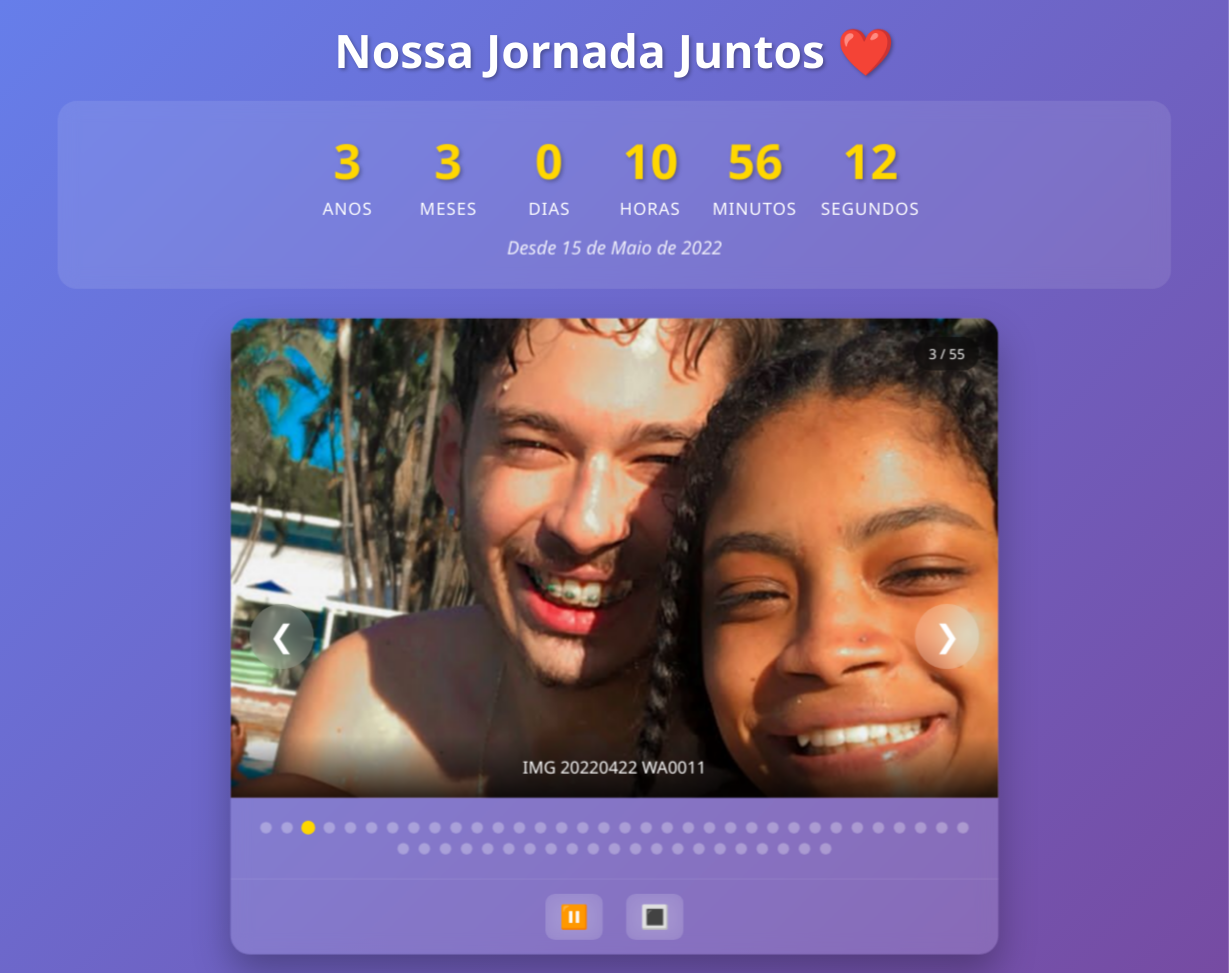
Repository: yan-luca/vic-yan
Page: index.html
These files come from the project's save history. The page is drawn as it stood at one moment and after the next save; the edit follows.
The browser window is 1280 px wide. The pictures show the whole page, at 96% of full size.

Above is the page before, as saved 2025-08-15 00:31:58.

### index.html
<!DOCTYPE html>
<html lang="pt-BR">
<head>
    <meta charset="UTF-8">
    <meta name="viewport" content="width=device-width, initial-scale=1.0">
    <title>Nossa Jornada - Vic & Yan</title>
    <link rel="stylesheet" href="style.css">
</head>
<body>
    <div class="container">
        <header>
            <h1>Nossa Jornada Juntos ❤️</h1>
            <div class="counter-container">
                <div class="counter">
                    <div class="counter-item">
                        <span id="years" class="counter-number">0</span>
                        <span class="counter-label">Anos</span>
                    </div>
                    <div class="counter-item">
                        <span id="months" class="counter-number">0</span>
                        <span class="counter-label">Meses</span>
                    </div>
                    <div class="counter-item">
                        <span id="days" class="counter-number">0</span>
                        <span class="counter-label">Dias</span>
                    </div>
                    <div class="counter-item">
                        <span id="hours" class="counter-number">0</span>
                        <span class="counter-label">Horas</span>
                    </div>
                    <div class="counter-item">
                        <span id="minutes" class="counter-number">0</span>
                        <span class="counter-label">Minutos</span>
                    </div>
                    <div class="counter-item">
                        <span id="seconds" class="counter-number">0</span>
                        <span class="counter-label">Segundos</span>
                    </div>
                </div>
                <p class="start-date">Desde 15 de Maio de 2022</p>
            </div>
        </header>

        <main>
            <div class="slideshow-container">
                <div class="slides-wrapper" id="slidesWrapper">
                    <!-- As imagens serão carregadas dinamicamente aqui -->
                </div>

                <button class="nav-btn prev" id="prevBtn" onclick="changeSlide(-1)">❮</button>
                <button class="nav-btn next" id="nextBtn" onclick="changeSlide(1)">❯</button>

                <div class="slide-counter">
                    <span id="currentSlide">1</span> / <span id="totalSlides">0</span>
                </div>

                <div class="dots-container" id="dotsContainer">
                    <!-- Os pontos indicadores serão criados dinamicamente -->
                </div>

                <div class="controls">
                    <button id="playPauseBtn" onclick="toggleAutoplay()">⏸️</button>
                    <button onclick="toggleFullscreen()">🔳</button>
                </div>
            </div>

            <div class="loading" id="loading">
                <p>Carregando fotos...</p>
            </div>

            <div class="no-images" id="noImages" style="display: none;">
                <h3>📷 Como adicionar suas fotos no GitHub Pages:</h3>
                <div class="instructions">
                    <p><strong>⚠️ Importante:</strong> O GitHub Pages requer lista manual das imagens por segurança.</p>

                    <p><strong>📝 Passo a passo:</strong></p>
                    <ol>
                        <li>Faça upload das suas fotos para a pasta <code>images/</code></li>
                        <li>Abra o arquivo <code>script.js</code> para editar</li>
                        <li>Procure por <code>const imageList = [</code></li>
                        <li>Adicione os nomes das suas fotos:</li>
                    </ol>

                    <div class="code-example">
                        <strong>Exemplo:</strong><br>
                        <code>const imageList = [</code><br>
                        <code>&nbsp;&nbsp;&nbsp;&nbsp;'nossa-primeira-foto.jpg',</code><br>
                        <code>&nbsp;&nbsp;&nbsp;&nbsp;'viagem-praia.png',</code><br>
                        <code>&nbsp;&nbsp;&nbsp;&nbsp;'aniversario-2023.jpeg'</code><br>
                        <code>];</code>
                    </div>

                    <p><strong>🔄 Depois:</strong> Faça commit e push das mudanças</p>
                </div>
                <p class="formats">Formatos suportados: JPG, JPEG, PNG, GIF, WebP</p>
            </div>
        </main>
    </div>

    <script src="script.js"></script>
</body>
</html>

### style.css
* {
    margin: 0;
    padding: 0;
    box-sizing: border-box;
}

body {
    font-family: 'Segoe UI', Tahoma, Geneva, Verdana, sans-serif;
    background: linear-gradient(135deg, #667eea 0%, #764ba2 100%);
    min-height: 100vh;
    color: white;
}

.container {
    max-width: 1200px;
    margin: 0 auto;
    padding: 20px;
}

header {
    text-align: center;
    margin-bottom: 30px;
}

header h1 {
    font-size: 3em;
    margin-bottom: 20px;
    text-shadow: 2px 2px 4px rgba(0,0,0,0.3);
    animation: fadeInUp 1s ease-out;
}

.counter-container {
    background: rgba(255, 255, 255, 0.1);
    backdrop-filter: blur(10px);
    border-radius: 20px;
    padding: 30px;
    margin: 20px 0;
    animation: fadeInUp 1s ease-out 0.3s both;
}

.counter {
    display: flex;
    justify-content: center;
    gap: 25px;
    margin-bottom: 15px;
    flex-wrap: wrap;
}

.counter-item {
    display: flex;
    flex-direction: column;
    align-items: center;
    min-width: 80px;
}

.counter-number {
    font-size: 3em;
    font-weight: bold;
    color: #ffd700;
    text-shadow: 2px 2px 4px rgba(0,0,0,0.3);
    transition: all 0.3s ease;
}

.counter-label {
    font-size: 1.1em;
    text-transform: uppercase;
    letter-spacing: 1px;
    margin-top: 5px;
}

.start-date {
    font-size: 1.2em;
    opacity: 0.9;
    font-style: italic;
}

.slideshow-container {
    position: relative;
    max-width: 800px;
    margin: 0 auto;
    background: rgba(255, 255, 255, 0.1);
    backdrop-filter: blur(10px);
    border-radius: 20px;
    overflow: hidden;
    box-shadow: 0 20px 40px rgba(0,0,0,0.3);
    animation: fadeInUp 1s ease-out 0.6s both;
}

.slides-wrapper {
    position: relative;
    width: 100%;
    height: 500px;
    overflow: hidden;
}

.slide {
    display: none;
    width: 100%;
    height: 100%;
    position: relative;
    animation: fadeIn 0.5s ease-in-out;
}

.slide.active {
    display: block;
}

.slide img {
    width: 100%;
    height: 100%;
    object-fit: cover;
    border-radius: 0;
}

.slide-caption {
    position: absolute;
    bottom: 0;
    left: 0;
    right: 0;
    background: linear-gradient(transparent, rgba(0,0,0,0.8));
    color: white;
    padding: 20px;
    text-align: center;
    font-size: 1.1em;
}

.nav-btn {
    position: absolute;
    top: 50%;
    transform: translateY(-50%);
    background: rgba(255, 255, 255, 0.2);
    border: none;
    color: white;
    font-size: 2em;
    padding: 15px 20px;
    cursor: pointer;
    transition: all 0.3s ease;
    backdrop-filter: blur(10px);
    border-radius: 50%;
    z-index: 10;
}

.nav-btn:hover {
    background: rgba(255, 255, 255, 0.3);
    transform: translateY(-50%) scale(1.1);
}

.prev {
    left: 20px;
}

.next {
    right: 20px;
}

.slide-counter {
    position: absolute;
    top: 20px;
    right: 20px;
    background: rgba(0, 0, 0, 0.5);
    color: white;
    padding: 8px 15px;
    border-radius: 20px;
    font-size: 0.9em;
    backdrop-filter: blur(10px);
}

.dots-container {
    text-align: center;
    padding: 20px;
    background: rgba(255, 255, 255, 0.05);
}

.dot {
    height: 12px;
    width: 12px;
    margin: 0 5px;
    background-color: rgba(255, 255, 255, 0.3);
    border-radius: 50%;
    display: inline-block;
    cursor: pointer;
    transition: all 0.3s ease;
}

.dot.active, .dot:hover {
    background-color: #ffd700;
    transform: scale(1.2);
}

.controls {
    text-align: center;
    padding: 15px;
    background: rgba(255, 255, 255, 0.05);
    border-top: 1px solid rgba(255, 255, 255, 0.1);
}

.controls button {
    background: rgba(255, 255, 255, 0.1);
    border: none;
    color: white;
    font-size: 1.5em;
    padding: 10px 15px;
    margin: 0 10px;
    cursor: pointer;
    border-radius: 10px;
    transition: all 0.3s ease;
    backdrop-filter: blur(10px);
}

.controls button:hover {
    background: rgba(255, 255, 255, 0.2);
    transform: scale(1.1);
}

.loading, .no-images {
    text-align: center;
    padding: 60px 20px;
    font-size: 1.3em;
    background: rgba(255, 255, 255, 0.1);
    backdrop-filter: blur(10px);
    border-radius: 20px;
    max-width: 800px;
    margin: 0 auto;
}

.loading p, .no-images p {
    margin: 10px 0;
}

.no-images h3 {
    color: #ffd700;
    margin-bottom: 20px;
    font-size: 1.5em;
}

.no-images .instructions {
    text-align: left;
    background: rgba(255, 255, 255, 0.05);
    padding: 20px;
    border-radius: 10px;
    margin: 20px 0;
    max-width: 600px;
    margin-left: auto;
    margin-right: auto;
}

.no-images .instructions p {
    margin: 15px 0 10px 0;
    font-weight: bold;
    color: #ffd700;
}

.no-images .instructions ol {
    margin: 10px 0 20px 20px;
    font-size: 0.9em;
}

.no-images .instructions li {
    margin: 8px 0;
    line-height: 1.4;
}

.no-images code {
    background: rgba(255, 255, 255, 0.2);
    padding: 2px 6px;
    border-radius: 4px;
    font-family: 'Courier New', monospace;
    color: #ffd700;
}

.no-images .code-example {
    background: rgba(0, 0, 0, 0.3);
    padding: 15px;
    border-radius: 8px;
    margin: 15px 0;
    border-left: 4px solid #ffd700;
}

.no-images .code-example code {
    background: transparent;
    padding: 0;
    color: #fff;
    font-size: 0.9em;
    line-height: 1.6;
}

.no-images .formats {
    font-size: 0.9em;
    opacity: 0.8;
    font-style: italic;
}

/* Animações */
@keyframes fadeIn {
    from { opacity: 0; }
    to { opacity: 1; }
}

@keyframes fadeInUp {
    from {
        opacity: 0;
        transform: translateY(30px);
    }
    to {
        opacity: 1;
        transform: translateY(0);
    }
}

@keyframes pulse {
    0% { transform: scale(1); }
    50% { transform: scale(1.05); }
    100% { transform: scale(1); }
}

.counter-number {
    animation: pulse 2s infinite;
}

/* Responsividade */
@media (max-width: 768px) {
    header h1 {
        font-size: 2em;
    }

    .counter {
        gap: 15px;
        justify-content: space-around;
    }

    .counter-item {
        min-width: 60px;
    }

    .counter-number {
        font-size: 1.8em;
    }

    .counter-label {
        font-size: 0.9em;
    }

    .slides-wrapper {
        height: 300px;
    }

    .nav-btn {
        font-size: 1.5em;
        padding: 10px 15px;
    }

    .prev {
        left: 10px;
    }

    .next {
        right: 10px;
    }
}

@media (max-width: 480px) {
    .container {
        padding: 10px;
    }

    .counter-container {
        padding: 20px;
    }

    .counter {
        gap: 10px;
        justify-content: space-around;
    }

    .counter-item {
        min-width: 50px;
    }

    .counter-number {
        font-size: 1.5em;
    }

    .counter-label {
        font-size: 0.8em;
    }

    .slides-wrapper {
        height: 250px;
    }
}

/* Modo fullscreen */
.slideshow-container.fullscreen {
    position: fixed;
    top: 0;
    left: 0;
    width: 100vw;
    height: 100vh;
    max-width: none;
    z-index: 1000;
    border-radius: 0;
}

.slideshow-container.fullscreen .slides-wrapper {
    height: 100vh;
}

.slideshow-container.fullscreen .slide img {
    object-fit: contain;
}

### script.js
// Configurações
const startDate = new Date('2022-05-15');
let currentSlideIndex = 0;
let slides = [];
let isAutoplay = true;
let autoplayInterval;
const autoplayDelay = 2000; // 4 segundos

// Formatos de imagem suportados
const imageFormats = ['jpg', 'jpeg', 'png', 'gif', 'webp'];

// IMPORTANTE: No GitHub Pages, você DEVE listar manualmente suas imagens aqui
// O GitHub Pages não permite descoberta automática de arquivos por segurança
const imageList = [
    // Suas fotos (organizadas cronologicamente):
    '20220330_205428.jpg',
    'IMG-20220412-WA0014.jpg',
    'IMG-20220422-WA0011.jpg',
    'IMG-20220424-WA0016.jpg',
    'IMG-20220501-WA0048.jpg',
    'IMG-20220610-WA0003.jpg',
    'IMG-20220619-WA0008.jpg',
    'IMG-20220626-WA0062.jpg',
    'IMG-20220626-WA0071.jpg',
    'IMG-20220724-WA0056.jpg',
    'IMG-20220818-WA0011.jpg',
    '20220912_113155.jpg',
    '20220912_141717.jpg',
    'IMG-20220925-WA0011.jpg',
    'IMG-20221030-WA0012.jpg',
    'IMG-20221201-WA0009.jpg',
    'IMG-20221203-WA0001.jpg',
    '20230128_180709.jpg',
    'IMG-20230216-WA0000.jpg',
    '20230506_192135.jpg',
    '20230521_122653.jpg',
    '20230603_172531.jpg',
    '20230608_000824.jpg',
    '20230707_173940.jpg',
    '20230714_174535.jpg',
    '20230714_174624(0).jpg',
    '20230714_175502.jpg',
    '20230715_223103.jpg',
    '20230716_163837.jpg',
    '20230716_164612.jpg',
    '20230822_182113.jpg',
    '20230823_160356.jpg',
    '20230917_160911.jpg',
    '20230917_164506.jpg',
    '20230928_182321.jpg',
    '20231224_211740.jpg',
    '20240215_161409.jpg',
    '20240215_163658.jpg',
    '20240215_164804.jpg',
    '20240510_144636.jpg',
    'Screenshot_20240515_131250_Photos.jpg',
    'Screenshot_20240515_131302_Photos.jpg',
    '20240612_190503.jpg',
    '20240615_191854.jpg',
    '20240817_175401.jpg',
    '20240817_175604.jpg',
    '20240824_204941.jpg',
    '20240924_184110.jpg',
    '20240924_184135.jpg',
    '20241025_224054.jpg',
    '20241201_185904.jpg',
    '20250322_204125.jpg',
    '20250522_200536.jpg',
    '20250612_185640.jpg',
    '20250716_202833.jpg'

    // ⚠️  ATENÇÃO: Se deixar vazio, a página mostrará as instruções de como adicionar fotos
];

// Inicialização
document.addEventListener('DOMContentLoaded', function() {
    updateCounter();
    loadImages();

    // Atualizar contador a cada segundo
    setInterval(updateCounter, 1000);

    // Controles de teclado
    document.addEventListener('keydown', handleKeyPress);
});

// Função para atualizar o contador de tempo
function updateCounter() {
    const now = new Date();
    const diff = now - startDate;

    const years = Math.floor(diff / (365.25 * 24 * 60 * 60 * 1000));
    const months = Math.floor((diff % (365.25 * 24 * 60 * 60 * 1000)) / (30.44 * 24 * 60 * 60 * 1000));
    const days = Math.floor((diff % (30.44 * 24 * 60 * 60 * 1000)) / (24 * 60 * 60 * 1000));
    const hours = Math.floor((diff % (24 * 60 * 60 * 1000)) / (60 * 60 * 1000));
    const minutes = Math.floor((diff % (60 * 60 * 1000)) / (60 * 1000));
    const seconds = Math.floor((diff % (60 * 1000)) / 1000);

    document.getElementById('years').textContent = years;
    document.getElementById('months').textContent = months;
    document.getElementById('days').textContent = days;
    document.getElementById('hours').textContent = hours;
    document.getElementById('minutes').textContent = minutes;
    document.getElementById('seconds').textContent = seconds;
}

// Função para carregar imagens
async function loadImages() {
    const slidesWrapper = document.getElementById('slidesWrapper');
    const loading = document.getElementById('loading');
    const noImages = document.getElementById('noImages');

    try {
        // No GitHub Pages, só funciona com lista manual
        if (imageList.length === 0) {
            loading.style.display = 'none';
            noImages.style.display = 'block';
            return;
        }

        // Carregar e validar imagens da lista manual
        for (const imageName of imageList) {
            await loadImage(imageName);
        }

        if (slides.length === 0) {
            loading.style.display = 'none';
            noImages.style.display = 'block';
            return;
        }

        loading.style.display = 'none';
        setupSlideshow();

    } catch (error) {
        console.error('Erro ao carregar imagens:', error);
        loading.style.display = 'none';
        noImages.style.display = 'block';
    }
}

// Função para carregar uma imagem específica
function loadImage(imageName) {
    return new Promise((resolve) => {
        const img = new Image();

        img.onload = function() {
            slides.push({
                src: `images/${imageName}`,
                name: imageName,
                caption: getImageCaption(imageName)
            });
            resolve();
        };

        img.onerror = function() {
            console.warn(`❌ Imagem não encontrada: images/${imageName}`);
            console.warn('💡 Verifique se o nome está correto e se o arquivo existe na pasta images/');
            resolve();
        };

        img.src = `images/${imageName}`;
    });
}

// Função para gerar legenda da imagem
function getImageCaption(imageName) {
    // Remove a extensão e formata o nome
    const nameWithoutExtension = imageName.replace(/\.[^/.]+$/, "");
    return nameWithoutExtension.replace(/[_-]/g, ' ').replace(/^\w/, c => c.toUpperCase());
}

// Função para configurar o slideshow
function setupSlideshow() {
    const slidesWrapper = document.getElementById('slidesWrapper');
    const dotsContainer = document.getElementById('dotsContainer');

    // Limpar conteúdo existente
    slidesWrapper.innerHTML = '';
    dotsContainer.innerHTML = '';

    // Criar slides
    slides.forEach((slide, index) => {
        // Criar slide
        const slideDiv = document.createElement('div');
        slideDiv.className = 'slide';
        slideDiv.innerHTML = `
            <img src="${slide.src}" alt="${slide.caption}" loading="lazy">
            <div class="slide-caption">${slide.caption}</div>
        `;
        slidesWrapper.appendChild(slideDiv);

        // Criar dot
        const dot = document.createElement('span');
        dot.className = 'dot';
        dot.onclick = () => goToSlide(index);
        dotsContainer.appendChild(dot);
    });

    // Atualizar contador total
    document.getElementById('totalSlides').textContent = slides.length;

    // Mostrar primeiro slide
    showSlide(0);

    // Iniciar autoplay
    if (isAutoplay) {
        startAutoplay();
    }
}

// Função para mostrar slide específico
function showSlide(index) {
    const slideElements = document.querySelectorAll('.slide');
    const dots = document.querySelectorAll('.dot');

    // Esconder todos os slides
    slideElements.forEach(slide => slide.classList.remove('active'));
    dots.forEach(dot => dot.classList.remove('active'));

    // Mostrar slide atual
    if (slideElements[index]) {
        slideElements[index].classList.add('active');
        dots[index].classList.add('active');
    }

    currentSlideIndex = index;
    document.getElementById('currentSlide').textContent = index + 1;
}

// Função para ir para slide específico
function goToSlide(index) {
    showSlide(index);
    restartAutoplay();
}

// Função para mudar slide
function changeSlide(direction) {
    const newIndex = currentSlideIndex + direction;

    if (newIndex >= slides.length) {
        showSlide(0);
    } else if (newIndex < 0) {
        showSlide(slides.length - 1);
    } else {
        showSlide(newIndex);
    }

    restartAutoplay();
}

// Função para iniciar autoplay
function startAutoplay() {
    if (slides.length <= 1) return;

    autoplayInterval = setInterval(() => {
        changeSlide(1);
    }, autoplayDelay);
}

// Função para parar autoplay
function stopAutoplay() {
    if (autoplayInterval) {
        clearInterval(autoplayInterval);
        autoplayInterval = null;
    }
}

// Função para reiniciar autoplay
function restartAutoplay() {
    stopAutoplay();
    if (isAutoplay) {
        startAutoplay();
    }
}

// Função para alternar autoplay
function toggleAutoplay() {
    isAutoplay = !isAutoplay;
    const button = document.getElementById('playPauseBtn');

    if (isAutoplay) {
        startAutoplay();
        button.textContent = '⏸️';
    } else {
        stopAutoplay();
        button.textContent = '▶️';
    }
}

// Função para alternar fullscreen
function toggleFullscreen() {
    const slideshow = document.querySelector('.slideshow-container');

    if (!document.fullscreenElement) {
        slideshow.requestFullscreen().catch(err => {
            console.log(`Erro ao entrar em fullscreen: ${err.message}`);
        });
        slideshow.classList.add('fullscreen');
    } else {
        document.exitFullscreen();
        slideshow.classList.remove('fullscreen');
    }
}

// Função para lidar com teclas pressionadas
function handleKeyPress(e) {
    switch(e.key) {
        case 'ArrowLeft':
            changeSlide(-1);
            break;
        case 'ArrowRight':
            changeSlide(1);
            break;
        case ' ':
            e.preventDefault();
            toggleAutoplay();
            break;
        case 'f':
        case 'F':
            toggleFullscreen();
            break;
        case 'Escape':
            if (document.fullscreenElement) {
                document.exitFullscreen();
                document.querySelector('.slideshow-container').classList.remove('fullscreen');
            }
            break;
    }
}

// Detectar saída do fullscreen
document.addEventListener('fullscreenchange', () => {
    const slideshow = document.querySelector('.slideshow-container');
    if (!document.fullscreenElement) {
        slideshow.classList.remove('fullscreen');
    }
});

// Pausar autoplay quando a aba não estiver ativa
document.addEventListener('visibilitychange', () => {
    if (document.hidden) {
        stopAutoplay();
    } else if (isAutoplay) {
        startAutoplay();
    }
});

// Pausar autoplay ao passar o mouse sobre o slideshow
document.addEventListener('DOMContentLoaded', function() {
    const slideshow = document.querySelector('.slideshow-container');

    slideshow.addEventListener('mouseenter', () => {
        if (isAutoplay) stopAutoplay();
    });

    slideshow.addEventListener('mouseleave', () => {
        if (isAutoplay) startAutoplay();
    });
});

After the next save:
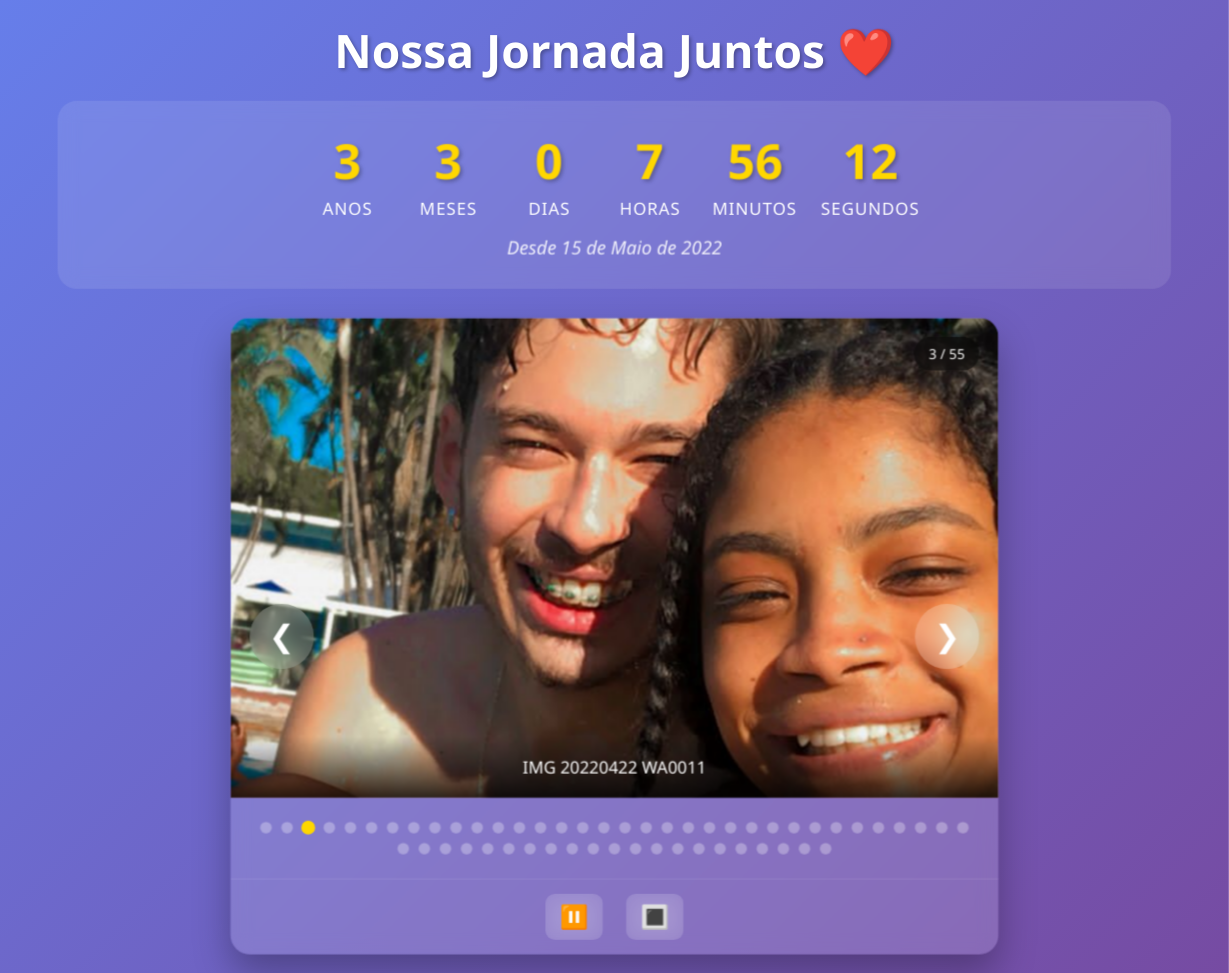
Saved 5 min 13 s later.
--- a/script.js
+++ b/script.js
@@ -1,10 +1,10 @@
 // Configurações
-const startDate = new Date('2022-05-15');
+const startDate = new Date('2022-05-15T00:00:00-03:00'); // Horário de Brasília (UTC-3)
 let currentSlideIndex = 0;
 let slides = [];
 let isAutoplay = true;
 let autoplayInterval;
-const autoplayDelay = 2000; // 4 segundos
+const autoplayDelay = 2000; // 2 segundos
 
 // Formatos de imagem suportados
 const imageFormats = ['jpg', 'jpeg', 'png', 'gif', 'webp'];
